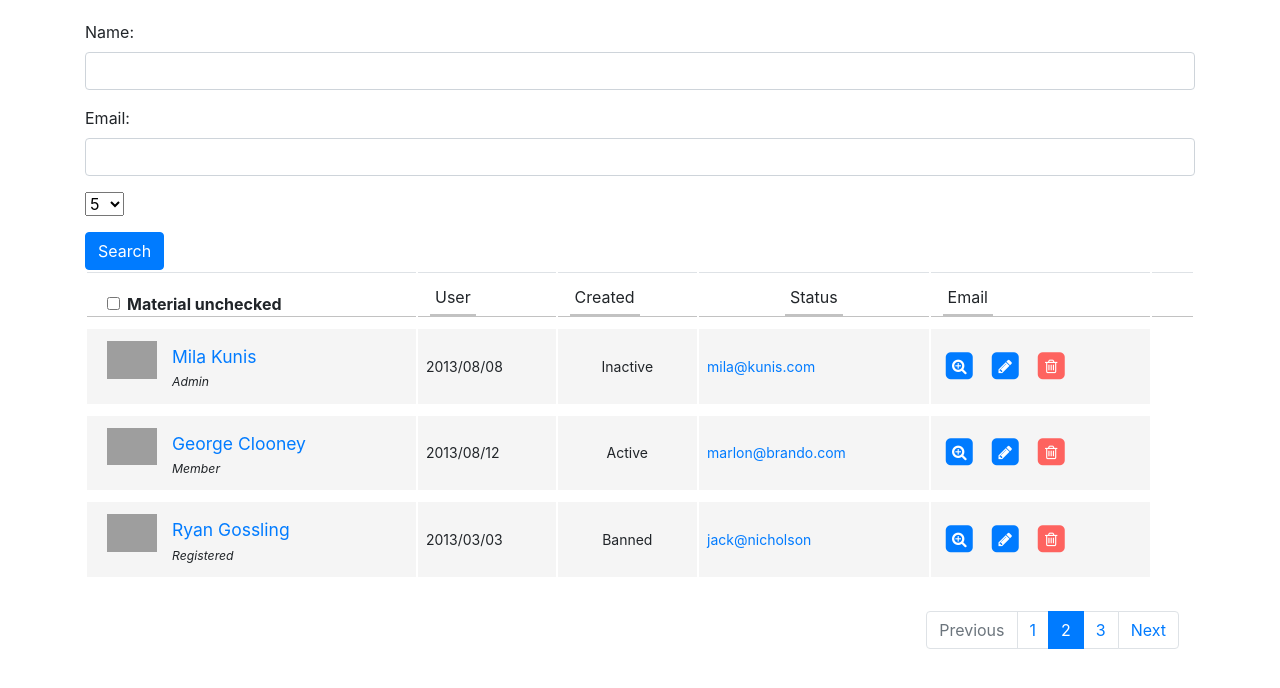
Repository: tienhoang123/Demo
Page: http://localhost/User/WEB-INF/views/home.jsp
An editor plug-in stored every save of this project. The page is shown before and after the next save, followed by the edit.
The browser window is 1280 px wide. The pictures show the whole page.
Pictures or frames that could not be fetched are drawn as grey boxes. Some web libraries are served in a nearby version. The page is served by Tomcat 9. Nobody is signed in. The template is opened directly, without the code that normally fills it, so the values that code supplies are empty.

Above is the page before, as saved 2019-10-14 06:52:33.
Console error: TypeError: Cannot read properties of undefined (reading 'fn')

After the next save:
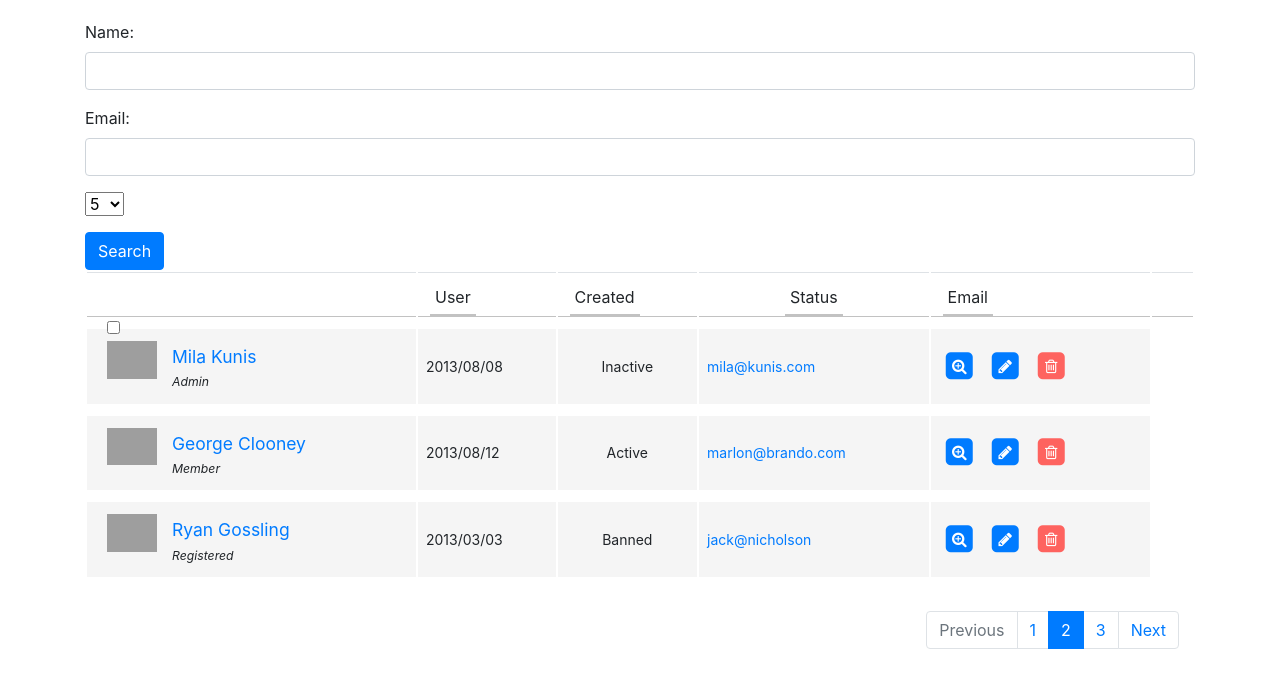
Saved 24 s later.
--- a/DemoCrud/User/src/main/webapp/WEB-INF/views/home.jsp
+++ b/DemoCrud/User/src/main/webapp/WEB-INF/views/home.jsp
@@ -46,9 +46,8 @@
 							<thead>
 								<tr>
 									<th><div class="form-check">
-    <input type="checkbox" class="form-check-input" id="materialUnchecked">
-    <label class="form-check-label" for="materialUnchecked">Material unchecked</label>
-</div></th>
+    									<input type="checkbox" class="form-check-input" id="materialUnchecked">
+									</div></th>
 									<th><span>User</span></th>
 									<th><span>Created</span></th>
 									<th class="text-center"><span>Status</span></th>
